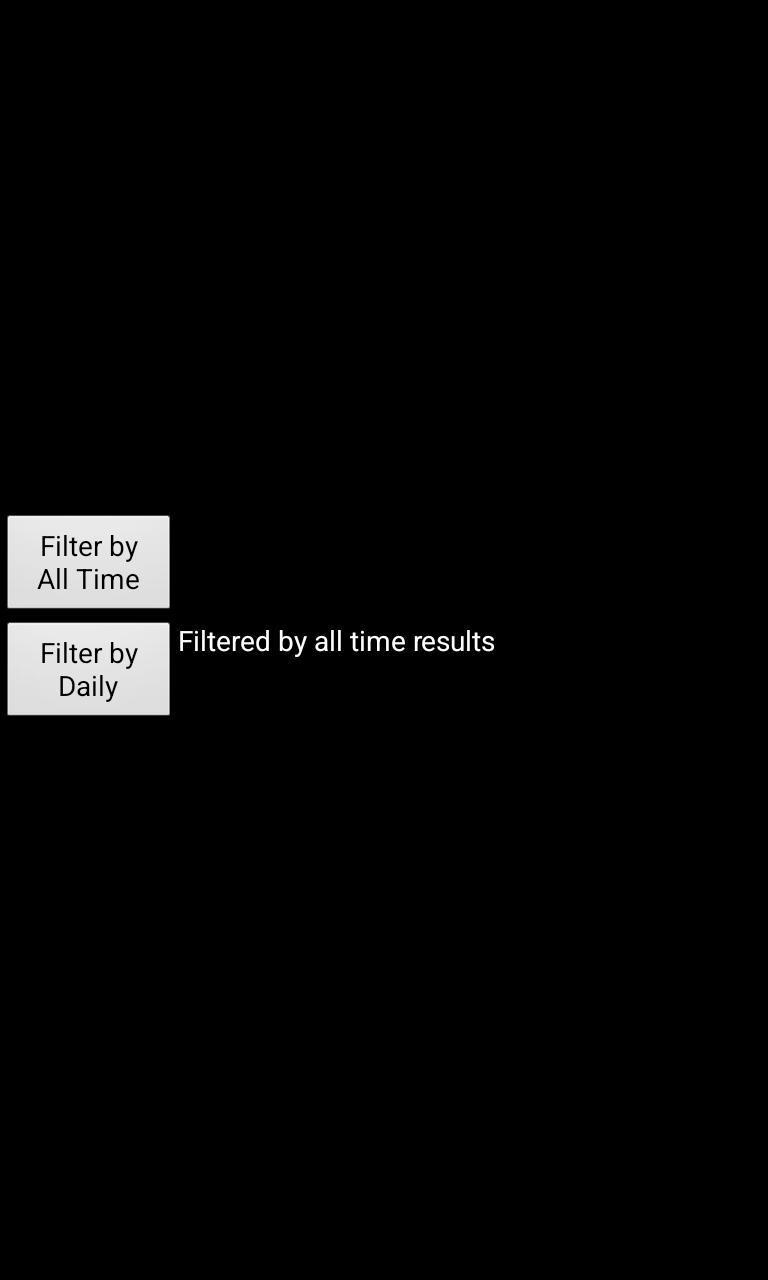
Repository: valleskeyp/IADHub
Layout: MGDGame-android/res/layout/main.xml
The author's editor kept a copy of each file at every save. The layout is drawn from the files as they stood at one save, then again after the next save.
It is drawn on a 768 x 1280 px phone screen (xhdpi) without system bars, with theme android:Theme.NoTitleBar.Fullscreen; the app's code is not run. Lists and similar views that code fills are empty.

Above is the layout before, as saved 2013-08-01 16:01:44.

After the next save:
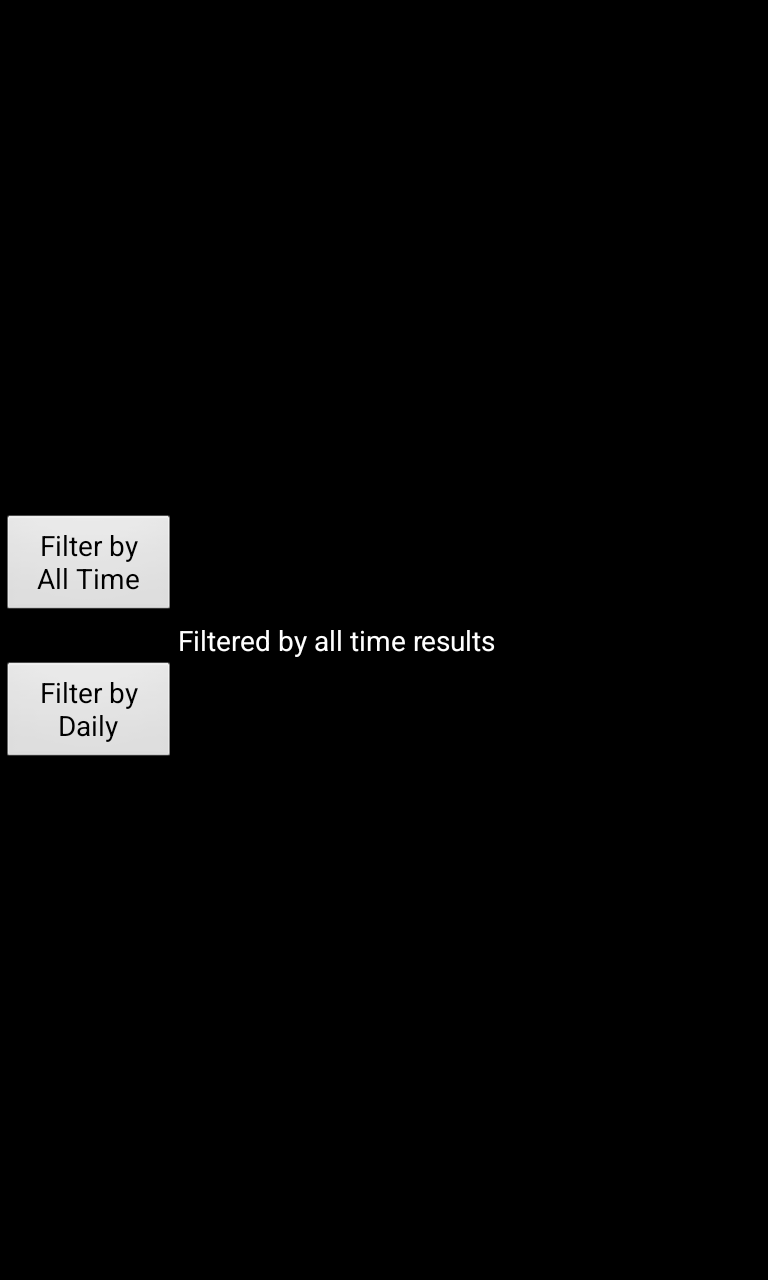
Saved 16 s later.
--- a/MGDGame-android/res/layout/main.xml
+++ b/MGDGame-android/res/layout/main.xml
@@ -14,12 +14,12 @@
 	    <Button
 	        android:id="@+id/filterAll"
 	        android:layout_width="89dp"
+	        android:layout_marginBottom="20dp"
 	        android:layout_height="wrap_content"
 	        android:text="Filter by All Time" />
 
 	    <Button
 	        android:id="@+id/filterDay"
-	        android:layout_marginBottom="20dp"
 	        android:layout_width="89dp"
 	        android:layout_height="wrap_content"
 	        android:text="Filter by Daily" />
